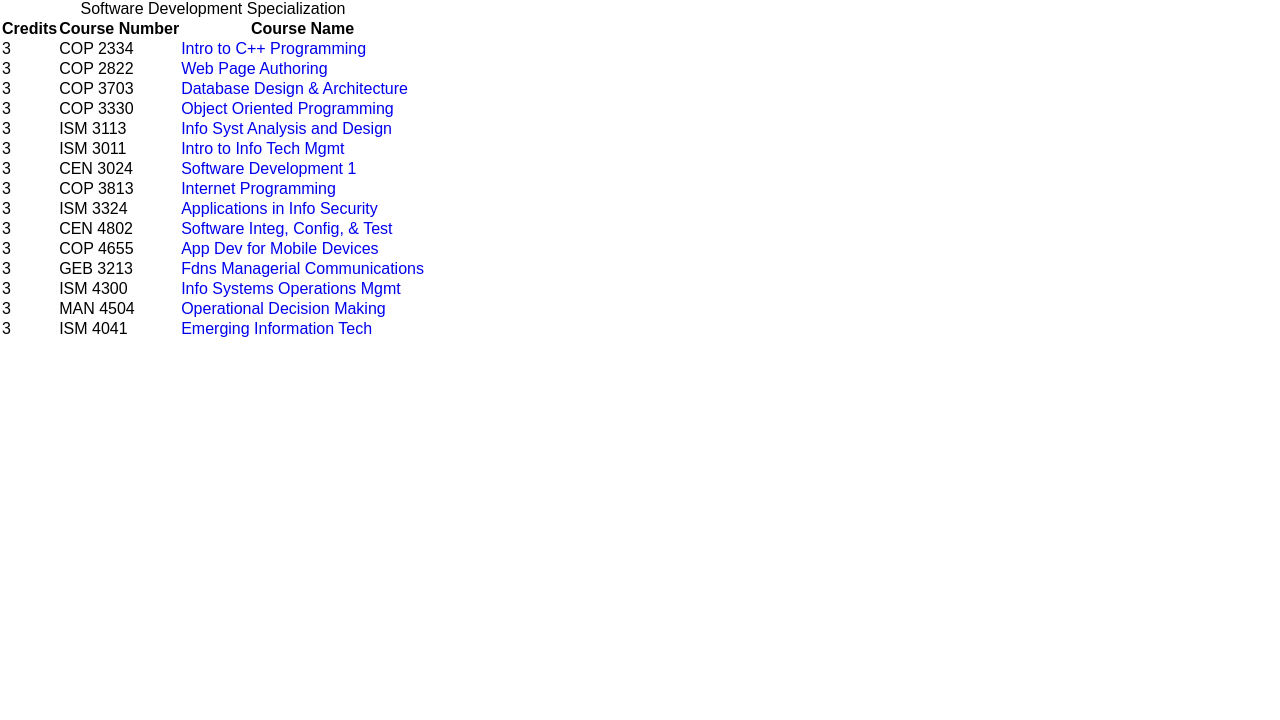
Repository: mlmEFSC21/P3-DegreeSpecializationTable
Page: index.html
The author's editor kept a copy of each file at every save. The page is drawn from the files as they stood at one save, then again after the next save.
The browser window is 1280 px wide. The pictures show the whole page.
Some web fonts or font styles are not loaded; a fallback is used.

Above is the page before, as saved 2022-02-01 20:47:33.

### index.html
<!DOCTYPE html>
<html lang="en">
    <head>
        <meta charset="UTF-8" />
        <meta http-equiv="X-UA-Compatible" content="IE=edge" />
        <meta name="viewport" content="width=device-width, initial-scale=1.0" />
        <link rel="stylesheet" href="tableStyles.css" />
        <title>Degree Specialization Table</title>
    </head>
    <body>
        <table>
            <caption class="tableTitle">
                Software Development Specialization
            </caption>
            <thead>
                <tr class="colTitles">
                    <th>Credits</th>
                    <th>Course Number</th>
                    <th>Course Name</th>
                </tr>
            </thead>
            <tr>
                <td>3</td>
                <td>COP 2334</td>
                <td>
                    <a
                        href="https://bannerweb.easternflorida.edu/prod/bwckctlg.p_disp_course_detail?cat_term_in=202210&subj_code_in=COP&crse_numb_in=1000"
                        >Intro to C++ Programming</a
                    >
                </td>
            </tr>
            <tr>
                <td>3</td>
                <td>COP 2822</td>
                <td>
                    <a
                        href="https://bannerweb.easternflorida.edu/prod/bwckctlg.p_disp_course_detail?cat_term_in=202210&subj_code_in=COP&crse_numb_in=2822"
                        >Web Page Authoring</a
                    >
                </td>
            </tr>
            <tr>
                <td>3</td>
                <td>COP 3703</td>
                <td>
                    <a
                        href="https://bannerweb.easternflorida.edu/prod/bwckctlg.p_disp_course_detail?cat_term_in=202210&subj_code_in=COP&crse_numb_in=3703"
                        >Database Design & Architecture</a
                    >
                </td>
            </tr>
            <tr>
                <td>3</td>
                <td>COP 3330</td>
                <td>
                    <a
                        href="https://bannerweb.easternflorida.edu/prod/bwckctlg.p_disp_course_detail?cat_term_in=202210&subj_code_in=COP&crse_numb_in=3330"
                        >Object Oriented Programming</a
                    >
                </td>
            </tr>
            <tr>
                <td>3</td>
                <td>ISM 3113</td>
                <td>
                    <a
                        href="https://bannerweb.easternflorida.edu/prod/bwckctlg.p_disp_course_detail?cat_term_in=202210&subj_code_in=ISM&crse_numb_in=3113"
                        >Info Syst Analysis and Design</a
                    >
                </td>
            </tr>
            <tr>
                <td>3</td>
                <td>ISM 3011</td>
                <td>
                    <a
                        href="https://bannerweb.easternflorida.edu/prod/bwckctlg.p_disp_course_detail?cat_term_in=202210&subj_code_in=ISM&crse_numb_in=3011"
                        >Intro to Info Tech Mgmt</a
                    >
                </td>
            </tr>
            <tr>
                <td>3</td>
                <td>CEN 3024</td>
                <td>
                    <a
                        href="https://bannerweb.easternflorida.edu/prod/bwckctlg.p_disp_course_detail?cat_term_in=202210&subj_code_in=CEN&crse_numb_in=3024"
                        >Software Development 1</a
                    >
                </td>
            </tr>
            <tr>
                <td>3</td>
                <td>COP 3813</td>
                <td>
                    <a
                        href="https://bannerweb.easternflorida.edu/prod/bwckctlg.p_disp_course_detail?cat_term_in=202210&subj_code_in=COP&crse_numb_in=3813"
                        >Internet Programming</a
                    >
                </td>
            </tr>
            <tr>
                <td>3</td>
                <td>ISM 3324</td>
                <td>
                    <a
                        href="https://bannerweb.easternflorida.edu/prod/bwckctlg.p_disp_course_detail?cat_term_in=202210&subj_code_in=ISM&crse_numb_in=3324"
                        >Applications in Info Security</a
                    >
                </td>
            </tr>
            <tr>
                <td>3</td>
                <td>CEN 4802</td>
                <td>
                    <a
                        href="https://bannerweb.easternflorida.edu/prod/bwckctlg.p_disp_course_detail?cat_term_in=202210&subj_code_in=CEN&crse_numb_in=4802"
                        >Software Integ, Config, & Test</a
                    >
                </td>
            </tr>
            <tr>
                <td>3</td>
                <td>COP 4655</td>
                <td>
                    <a
                        href="https://bannerweb.easternflorida.edu/prod/bwckctlg.p_disp_course_detail?cat_term_in=202210&subj_code_in=COP&crse_numb_in=4655"
                        >App Dev for Mobile Devices</a
                    >
                </td>
            </tr>
            <tr>
                <td>3</td>
                <td>GEB 3213</td>
                <td>
                    <a
                        href="https://bannerweb.easternflorida.edu/prod/bwckctlg.p_disp_course_detail?cat_term_in=202210&subj_code_in=GEB&crse_numb_in=3213"
                        >Fdns Managerial Communications</a
                    >
                </td>
            </tr>
            <tr>
                <td>3</td>
                <td>ISM 4300</td>
                <td>
                    <a
                        href="https://bannerweb.easternflorida.edu/prod/bwckctlg.p_disp_course_detail?cat_term_in=202210&subj_code_in=ISM&crse_numb_in=4300"
                        >Info Systems Operations Mgmt</a
                    >
                </td>
            </tr>
            <tr>
                <td>3</td>
                <td>MAN 4504</td>
                <td>
                    <a
                        href="https://bannerweb.easternflorida.edu/prod/bwckctlg.p_disp_course_detail?cat_term_in=202210&subj_code_in=MAN&crse_numb_in=4504"
                        >Operational Decision Making</a
                    >
                </td>
            </tr>
            <tr>
                <td>3</td>
                <td>ISM 4041</td>
                <td>
                    <a
                        href="https://bannerweb.easternflorida.edu/prod/bwckctlg.p_disp_course_detail?cat_term_in=202210&subj_code_in=ISM&crse_numb_in=4041"
                        >Emerging Information Tech</a
                    >
                </td>
            </tr>
        </table>
    </body>
</html>

### tableStyles.css
@import url("https://fonts.googleapis.com/css2?family=Spectral:wght@400&display=swap");

:root {
    --clr-prime: #003c5e;
    --clr-second: #1a2028;
    --clr-accent: #8fb500;
    --clr-font-prime: #5b8ead;
    --clr-font-second: black;
}
*,
*::before,
*::after {
    margin: 0;
    padding: 0;
    box-sizing: border-box;
}
body {
    font-family: Spectral, sans-serif;
    height: 100vh;
}

a {
    text-decoration: none;
}

After the next save:
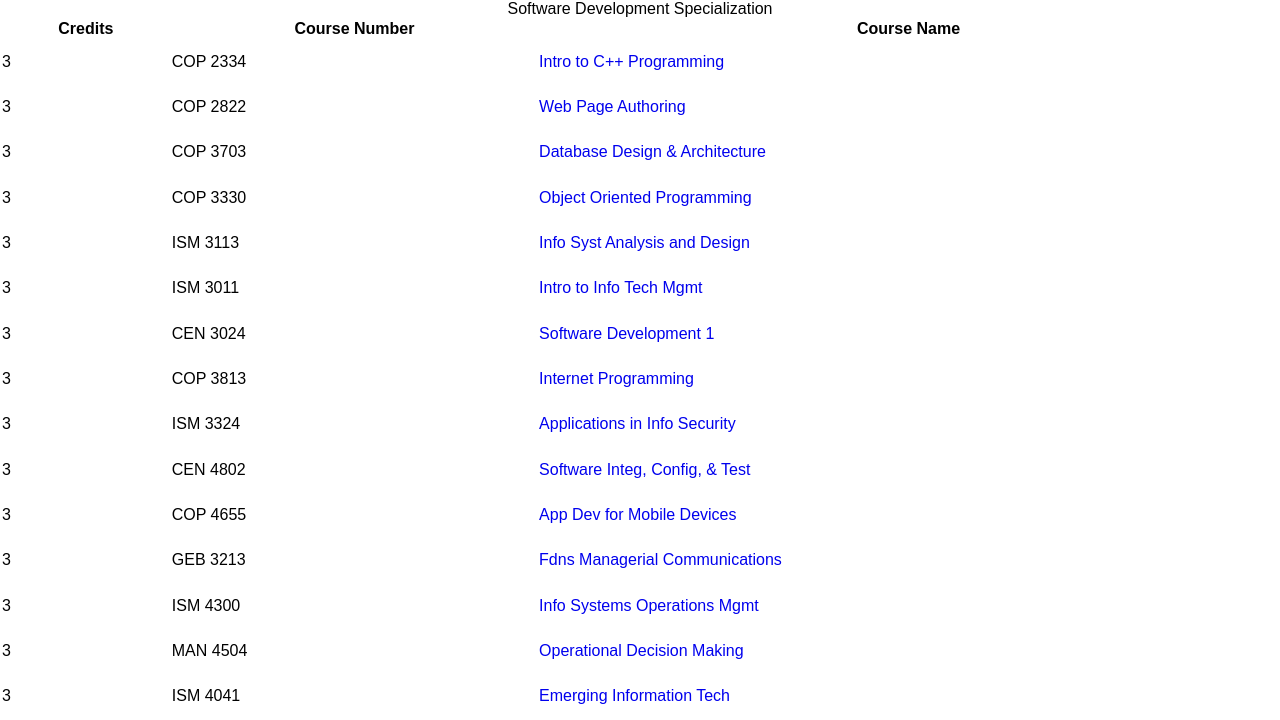
Saved 6 s later.
--- a/tableStyles.css
+++ b/tableStyles.css
@@ -17,6 +17,7 @@
 body {
     font-family: Spectral, sans-serif;
     height: 100vh;
+    display: grid;
 }
 
 a {

After the save that followed:
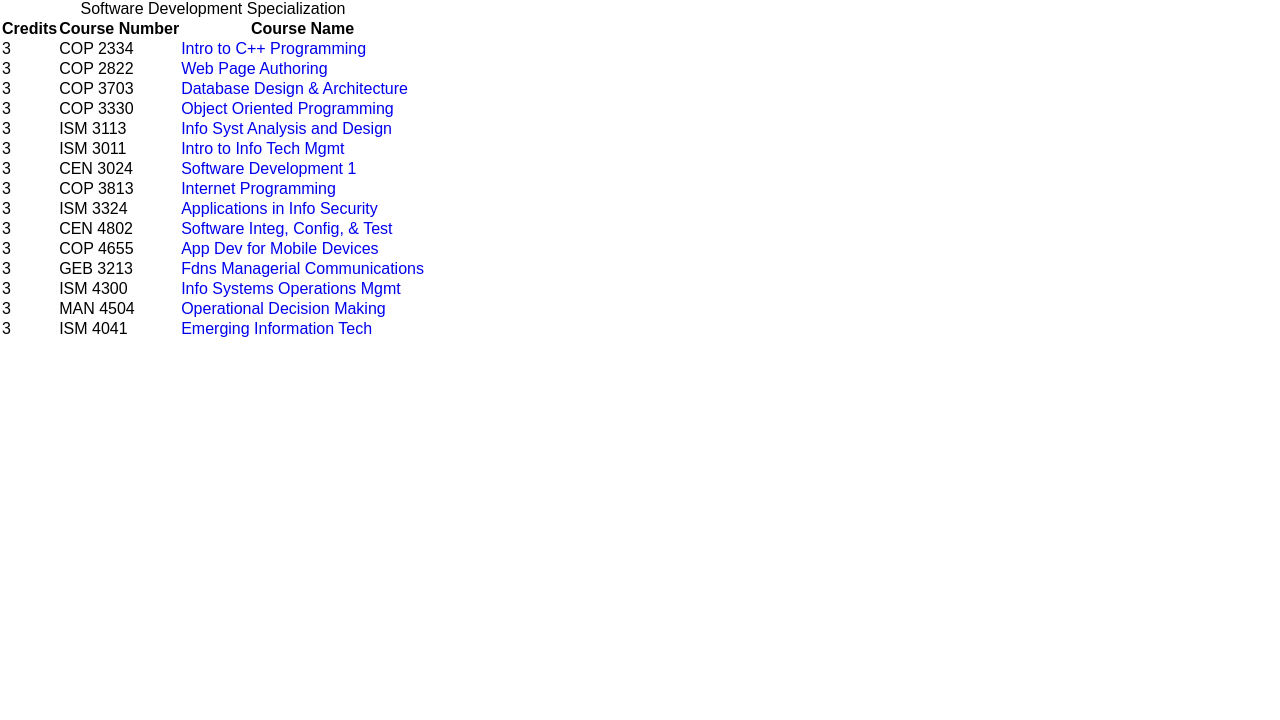
Saved 14 s later.
--- a/tableStyles.css
+++ b/tableStyles.css
@@ -17,7 +17,6 @@
 body {
     font-family: Spectral, sans-serif;
     height: 100vh;
-    display: grid;
 }
 
 a {
